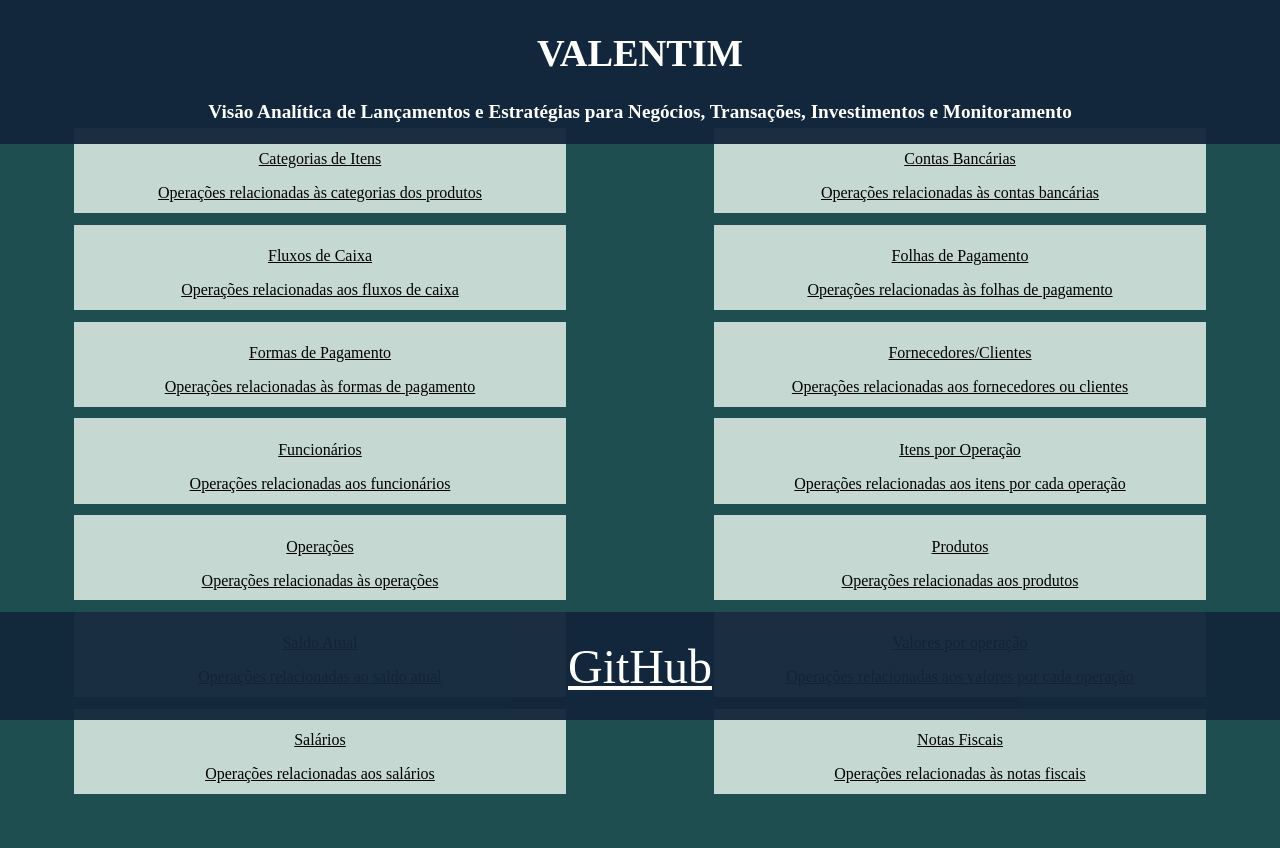
Repository: Matheus-Lacerda009/ERP-Financeiro
Page: Front/menu/menu.html
The author's editor kept a copy of each file at every save. The page is drawn from the files as they stood at one save, then again after the next save.
The browser window is 1280 px wide. The pictures show the whole page.

Above is the page before, as saved 2026-07-13 19:20:06.

After the next save:
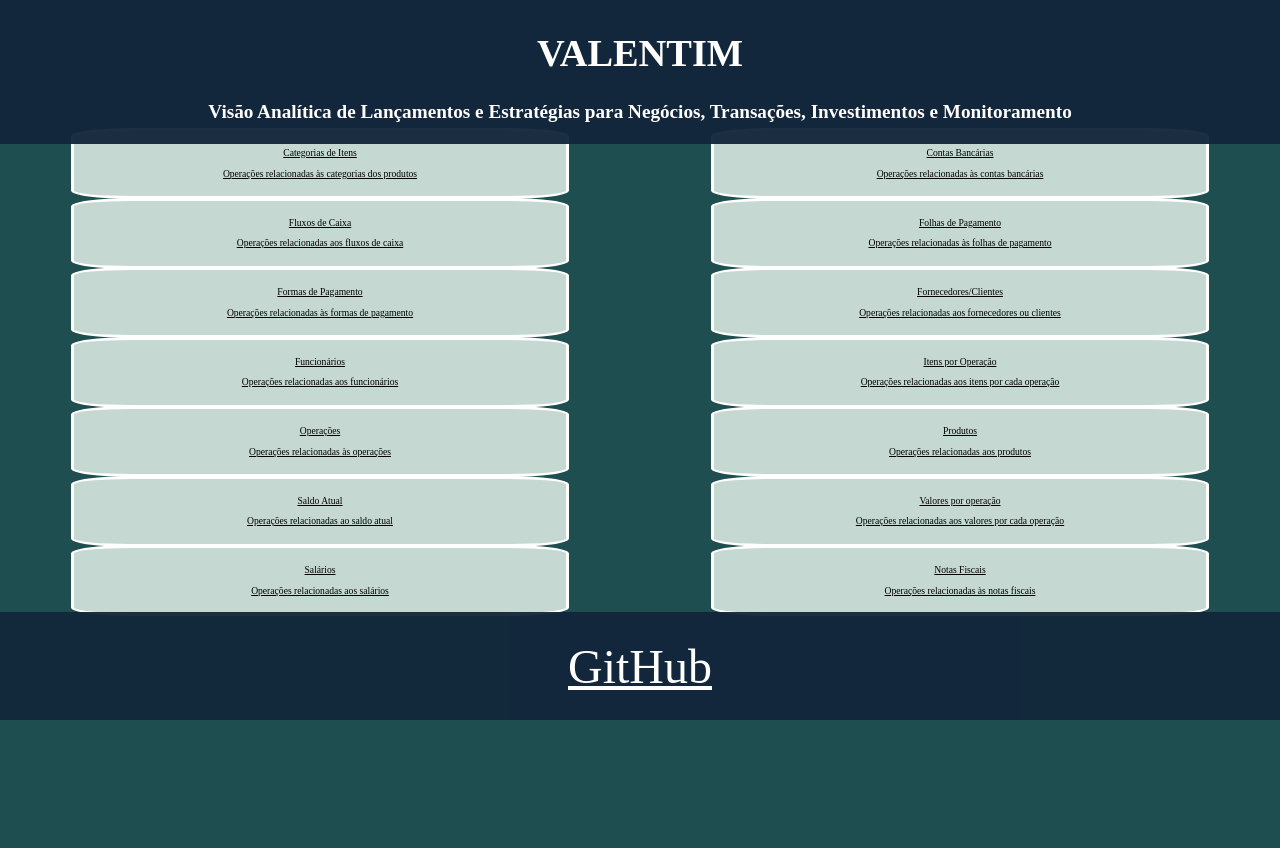
Saved 22 s later.
--- a/Front/menu/menu.css
+++ b/Front/menu/menu.css
@@ -60,7 +60,11 @@ body{
     text-align: center;
     padding: 1%;
     margin: auto;
-
+    background-color: #C5D8D1;
+    border: 3px solid white;
+    border-radius: 12%;
+    color: black;
+    font-size: .75vw;
 }
 
 .links{
